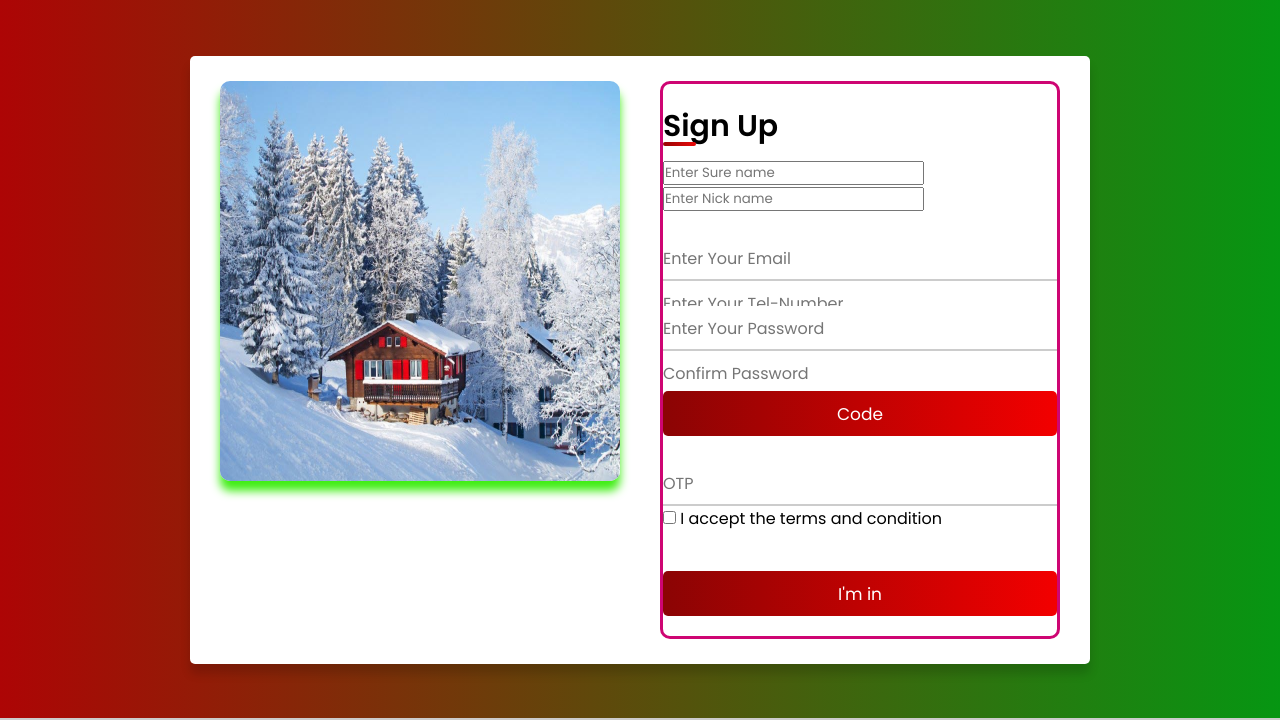
Repository: dev-ashik/Halloween
Page: Reg Page/Index.html
An editor plug-in stored every save of this project. The page is shown before and after the next save, followed by the edit.
The browser window is 1280 px wide. The pictures show the whole page.

Above is the page before, as saved 2021-12-21 22:09:20.

After the next save:
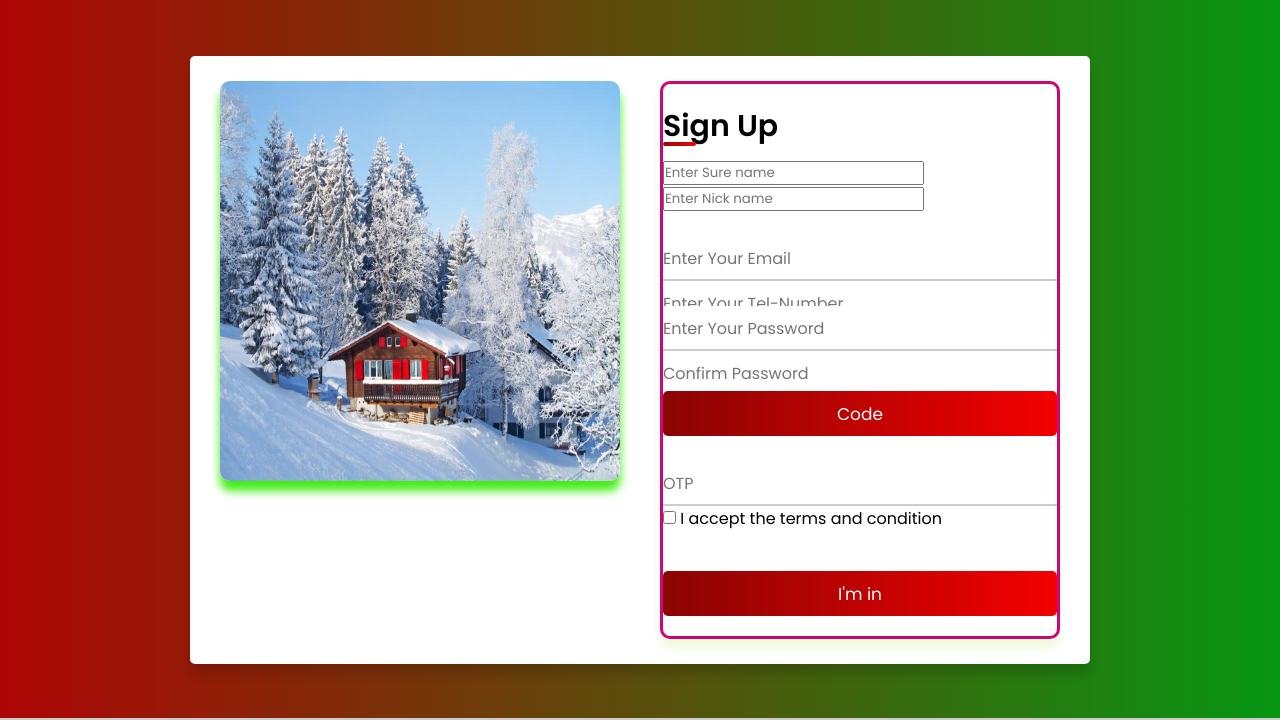
Saved 100 s later.
--- a/Reg Page/CSS/main.css
+++ b/Reg Page/CSS/main.css
@@ -43,6 +43,7 @@ body {
     border-radius: 10px;
     max-width: 400px;
     width: 100%;
+    box-shadow: 0 10px 10px rgba(149, 231, 17, 0.15);
 }
 
 .con .form form .title {
